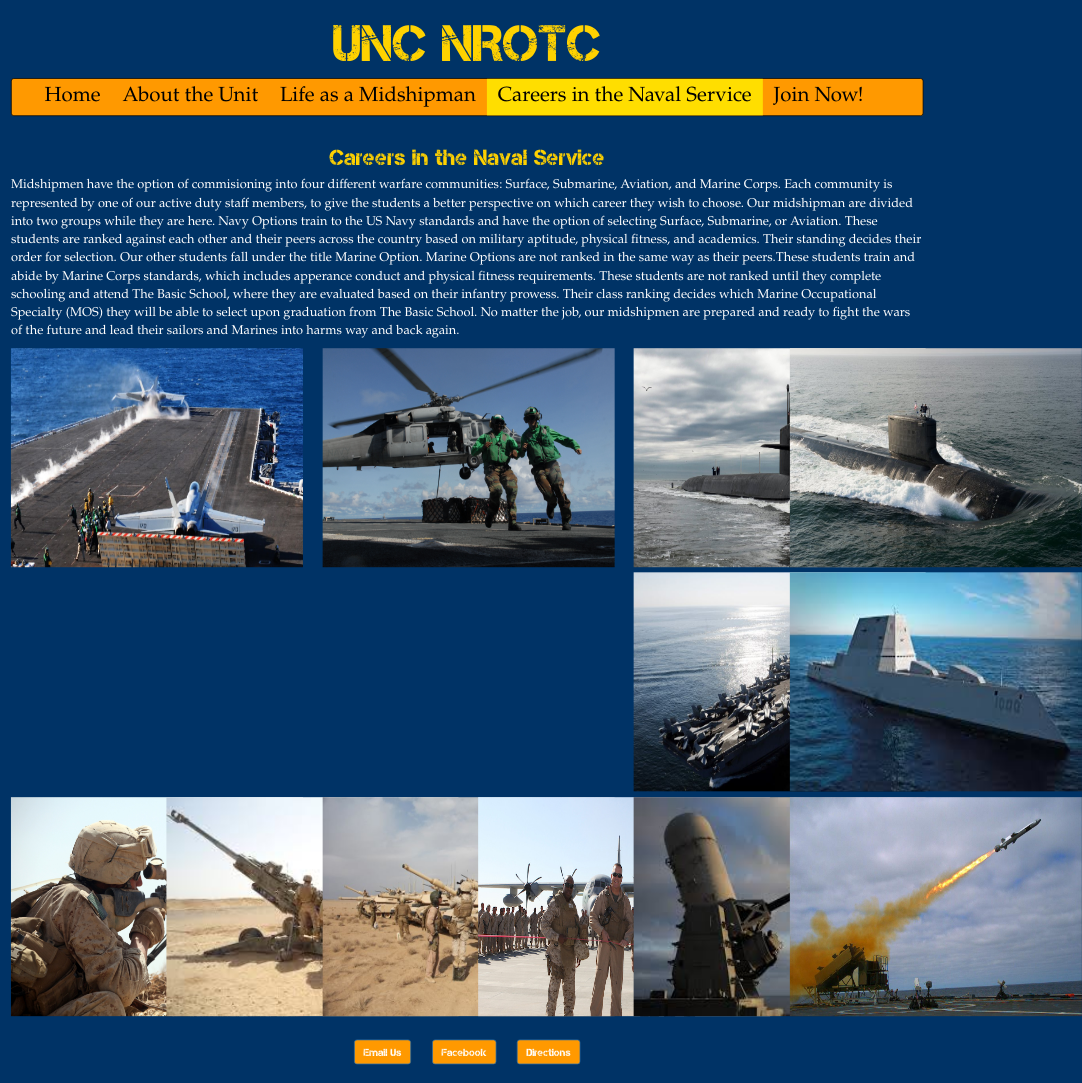
Repository: dhruvshankar96/Comp-126-Final-Project
Page: page3.html
The author's editor kept a record of every edit. The page is drawn from the files as they stood at one moment, then again after the next edit.
The browser window is 1280 px wide. The page is 1482 px wide, so the pictures cover 1482 px, including what lies to the right of the window. The pictures show the whole page, at 73% of full size.
Some web libraries are served in a nearby version.

Above is the page before.

### page3.html
<!DOCTYPE html>
<html lang="en">

    <head>
        <title>Careers in the Naval Service</title>
        <meta charset="utf-8">
        <meta name="viewport" content="width=device-width, initial-scale=1">
        <link rel="stylesheet" href="https://maxcdn.bootstrapcdn.com/bootstrap/3.3.7/css/bootstrap.min.css">
        <script src="https://ajax.googleapis.com/ajax/libs/jquery/3.2.1/jquery.min.js"></script>
        <script src="https://maxcdn.bootstrapcdn.com/bootstrap/3.3.7/js/bootstrap.min.js"></script>
        <link rel="stylesheet" href="resources/css/styles.css">
    </head>

    <body>
        <div class="container-fluid">
            <!-- Header -->
            <header>
                <div class="row" ID="header">
                    <div class="col-md-12 col-sm-12 col-xs-12">
                        <h1>UNC NROTC</h1>
                    </div>
                </div>
            </header>
            <!-- Navigation bar -->
            <nav class="navbar navbar-default">
                <div class="container-fluid">
                    <div class="collapse navbar-collapse" id="mynavbar-content">
                        <ul class="nav navbar-nav">
                            <li><a href="index.html">Home</a></li>
                            <li><a href="page1.html">About the Unit</a></li>
                            <li><a href="page2.html">Life as a Midshipman</a></li>
                            <li class="active"><a href="page3.html">Careers in the Naval Service</a></li>
                            <li><a href="page4.html">Join Now!</a></li>
                        </ul>
                    </div>
                </div>
            </nav>
            <!-- Main Text Area -->
            <div class="row">
                <div class="col-md-12 col-sm-12 col-xs-12">
                    <h2>Careers in the Naval Service</h2>
                    <p class="text-left">Midshipmen have the option of commisioning into four different warfare communities: Surface, Submarine, Aviation, and Marine Corps. Each community is represented by one of our active duty staff members, to give the students a better
                        perspective on which career they wish to choose. Our midshipman are divided into two groups while they are here. Navy Options train to the US Navy standards and have the option of selecting Surface, Submarine, or Aviation. These
                        students are ranked against each other and their peers across the country based on military aptitude, physical fitness, and academics. Their standing decides their order for selection. Our other students fall under the title Marine
                        Option. Marine Options are not ranked in the same way as their peers.These students train and abide by Marine Corps standards, which includes apperance conduct and physical fitness requirements. These students are not ranked until
                        they complete schooling and attend The Basic School, where they are evaluated based on their infantry prowess. Their class ranking decides which Marine Occupational Specialty (MOS) they will be able to select upon graduation from
                        The Basic School. No matter the job, our midshipmen are prepared and ready to fight the wars of the future and lead their sailors and Marines into harms way and back again.</p>
                </div>
            </div>
            <!-- Gallery -->
            <div class="row">
                <div class="col-md-4 col-sm-12 col-xs-12">
                    <img src="./resources/images/gallery1.jpg" height="300" width="400" />
                </div>
                <div class="col-md-4 col-sm-12 col-xs-12">
                    <img src=" ./resources/images/gallery2.jpg " height="300 " width="400 " />
                </div>
                <div class="col-md-2 col-sm-6 col-xs-6 ">
                    <img src="./resources/images/gallery3.jpg " height="300 " width="400 " />
                </div>
                <div class=" col-md-2 col-sm-6 col-xs-6 ">
                    <img src="./resources/images/gallery4.jpg " height="300 " width="400 " />
                </div>
                <div class="col-md-2 col-sm-6 col-xs-6 ">
                    <img src="./resources/images/gallery5.jpg " height="300 " width="400 " />
                </div>
                <div class=" col-md-2 col-sm-6 col-xs-6 ">
                    <img src="./resources/images/gallery6.jpeg " height="300 " width="400 " />
                </div>
                <div class="col-md-2 col-sm-6 col-xs-6 ">
                    <img src="./resources/images/gallery7.jpg " height="300 " width="400 " />
                </div>
                <div class=" col-md-2 col-sm-6 col-xs-6 ">
                    <img src="./resources/images/gallery8.jpeg " height="300 " width="400 " />
                </div>
                <div class="col-md-2 col-sm-6 col-xs-6 ">
                    <img src="./resources/images/gallery9.jpg " height="300 " width="400 " />
                </div>
                <div class=" col-md-2 col-sm-6 col-xs-6 ">
                    <img src="./resources/images/gallery10.jpg " height="300 " width="400 " />
                </div>
                <div class=" col-md-2 col-sm-6 col-xs-6 ">
                    <img src="./resources/images/gallery11.jpeg " height="300 " width="400 " />
                </div>
                <div class=" col-md-2 col-sm-6 col-xs-6 ">
                    <img src="./resources/images/gallery12.JPG " height="300 " width="400 " />
                </div>
            </div>
            <!-- Footer -->
            <footer>
                <div class=" row ">
                    <div class="col-md-12 col-sm-12 col-xs-12 ">
                        <a href="mailto:guerrera@live.unc.edu " class="btn btn-primary btn-md " role="button ">Email Us</a>
                        <a href="https://www.facebook.com/UNC.NROTC/ " class="btn btn-primary btn-md " role="button ">Facebook</a>
                        <a href="https://www.google.com/maps/place/221+S+Columbia+St,+Chapel+Hill,+NC+27514/@35.9103116,-79.056192,17z/data=!3m1!4b1!4m5!3m4!1s0x89acc2e630511c69:0x318bc5f77d37c4a4!8m2!3d35.9103116!4d-79.0540033 " class="btn btn-primary
                        btn-md " role="button ">Directions</a>
                    </div>
                </div>
            </footer>
        </div>
    </body>

</html>

### resources/css/styles.css
@font-face {
    font-family: 'Capsmall';
    src: url('../fonts/Capsmall.ttf') format('truetype')
}

body {
    background-color: #003366;
    font-family: Garamond, Times, serif;
}

h1,
h2,
h2 a {
    font-family: 'Capsmall', serif;
    color: #FFD200;
    text-align: center;
}

header h1 {
    font-size: 500%;
}

h2 a:hover {
    color: white;
}

.navbar {
    background-color: #FF9900;
    border-color: black;
}

.navbar .navbar-collapse .navbar-nav li a {
    color: black;
    font-size: 200%;
}

.navbar .navbar-collapse .navbar-nav li a:hover {
    color: white;
}

.navbar .navbar-collapse .navbar-nav .active a {
    background-color: #FFDE00;
}

#homePageCarousel {
    margin-bottom: 5%;
}

p {
    color: white;
    font-size: 125%;
    text-align: left;
}

.row img {
    display: block;
    margin: auto;
    margin-bottom: 4%;
}

footer {
    margin-top: 2%;
    margin-bottom: 2%;
    text-align: center;
}

footer .btn {
    margin-left: 1%;
    margin-right: 1%;
    background-color: #FF9900;
}

footer a {
    font-family: 'Capsmall', serif;
    color: black;

}

footer a:hover {
    color: white;
}

After the next edit:
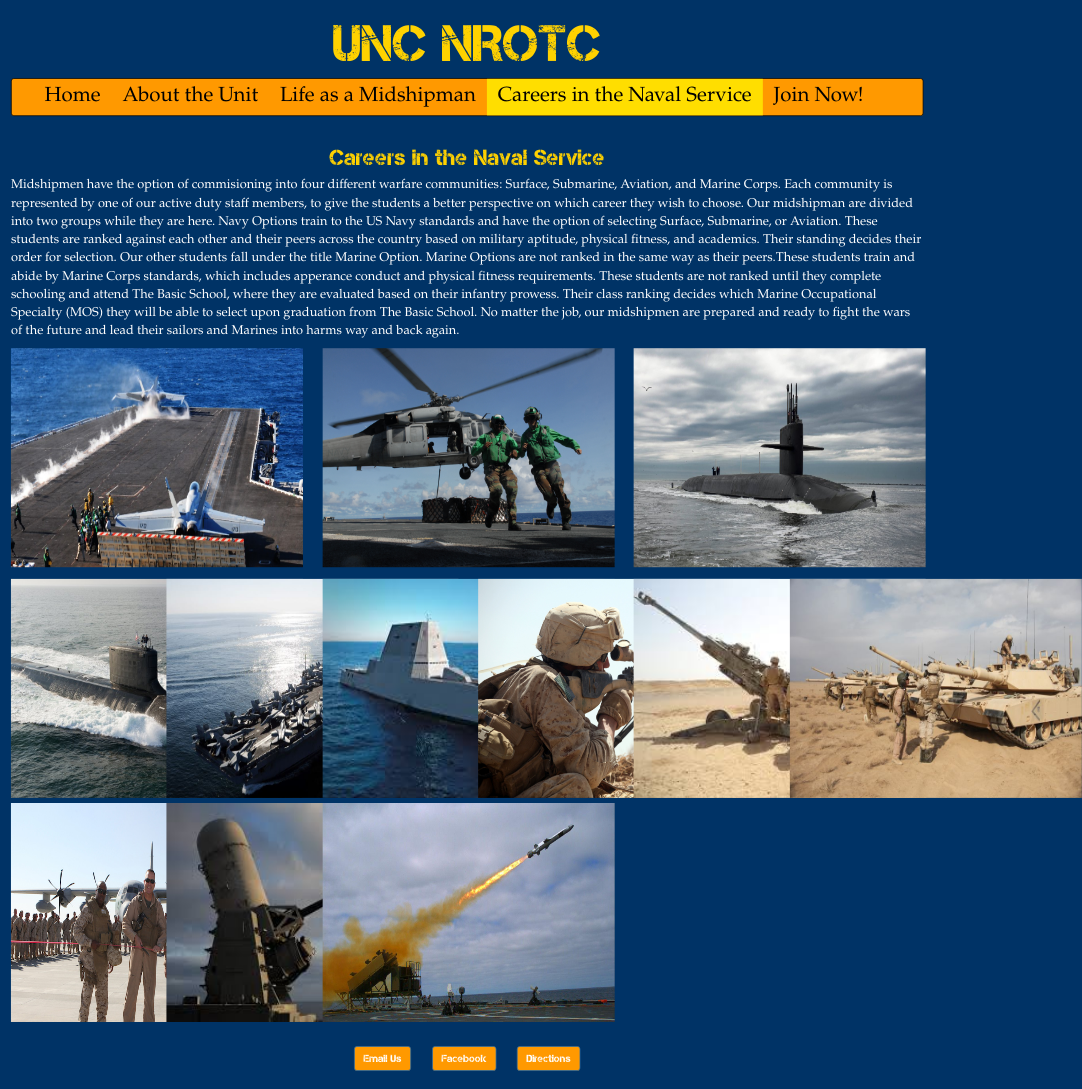
The edit:
--- a/page3.html
+++ b/page3.html
@@ -55,7 +55,7 @@
                 <div class="col-md-4 col-sm-12 col-xs-12">
                     <img src=" ./resources/images/gallery2.jpg " height="300 " width="400 " />
                 </div>
-                <div class="col-md-2 col-sm-6 col-xs-6 ">
+                <div class="col-md-4 col-sm-12 col-xs-12">
                     <img src="./resources/images/gallery3.jpg " height="300 " width="400 " />
                 </div>
                 <div class=" col-md-2 col-sm-6 col-xs-6 ">
